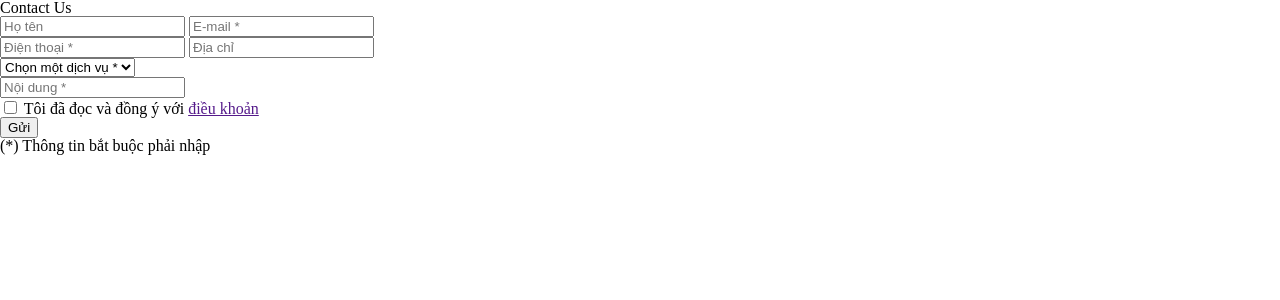
Repository: vanh1604/exercises
Page: baitap/Car/contact.html
An editor plug-in stored every save of this project. The page is shown before and after the next save, followed by the edit.
The browser window is 1280 px wide. The pictures show the whole page.

Above is the page before, as saved 2023-03-29 17:15:39.

After the next save:
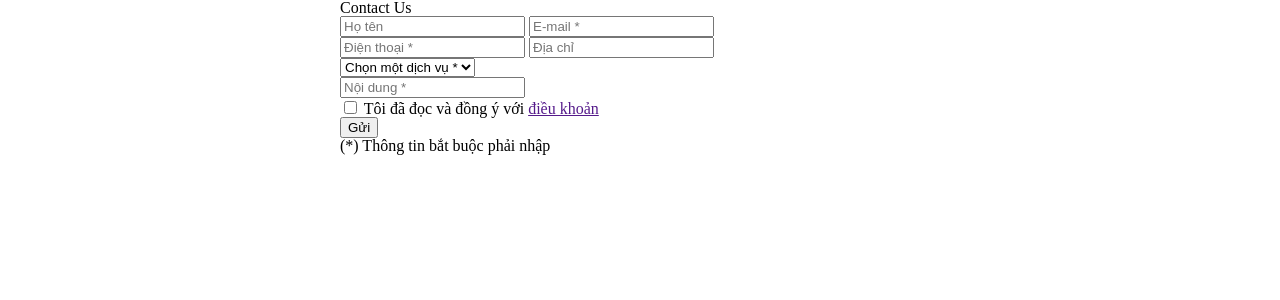
Saved 47 s later.
--- a/baitap/Car/contact.css
+++ b/baitap/Car/contact.css
@@ -1,3 +1,4 @@
 .container{
     margin: 0 auto;
+    width: 600px;
 }
